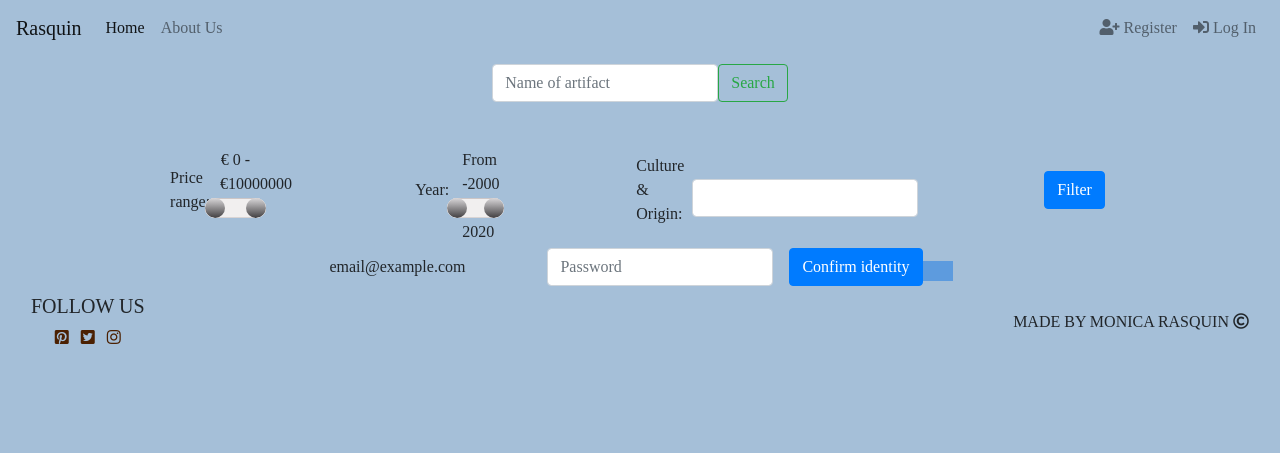
Repository: Rasquin/auction
Page: templates/base.html
The author's editor kept a record of every edit. The page is drawn from the files as they stood at one moment, then again after the next edit.
The browser window is 1280 px wide. The pictures show the whole page.
The template is drawn by Django 2.2. The application's start-up code is not run. Other server files are loaded and not shown. The template is opened directly, without the code that normally fills it, so the values that code supplies are empty.

Above is the page before.

### templates/base.html
<!DOCTYPE html>

{% load staticfiles %}

<html lang="en">

<head>
    <meta charset="UTF-8">
    <meta name="viewport" content="width=device-width, initial-scale=1.0">
    <meta http-equiv="X-UA-Compatible" content="ie=edge">

    <!-- Bootstrap compiled and minified CSS -->
    <link rel="stylesheet" href="https://stackpath.bootstrapcdn.com/bootstrap/4.3.1/css/bootstrap.min.css" integrity="sha384-ggOyR0iXCbMQv3Xipma34MD+dH/1fQ784/j6cY/iJTQUOhcWr7x9JvoRxT2MZw1T" crossorigin="anonymous">

    <!-- Font Awesome compiled and minified CSS -->
    <link rel="stylesheet" href="{% static 'font-awesome/css/all.css' %}">



    <!-- Own CSS -->
    <link rel="stylesheet" href="{% static 'css/mystyle.css' %}" type="text/css" />


    <!-- Own Scripts -->
    <script type="text/javascript" src="{% static 'js/myscript.js' %}"></script>

    <title>{% block page_title %}{% endblock %}</title>

</head>


<body>
    <!-- NavBar area -->
    <nav class="navbar navbar-expand-lg navbar-light bg-light">
        <!-- NavBar Brand-->
        <a class="navbar-brand" href="#">Rasquin</a>
        <button class="navbar-toggler" type="button" data-toggle="collapse" data-target="#navbarSupportedContent" aria-controls="navbarSupportedContent" aria-expanded="false" aria-label="Toggle navigation">
            <span class="navbar-toggler-icon"></span>
        </button>

        <div class="collapse navbar-collapse" id="navbarSupportedContent">
            <!-- NavBar Home & ABout-->
            <ul class="navbar-nav mr-auto">
                <li class="nav-item active">
                    <a class="nav-link" href="{% url 'index' %}">Home <span class="sr-only">(current)</span></a>
                </li>
                <li class="nav-item">
                    <a class="nav-link" href="{% url 'about' %}">About Us</a>
                </li>

            </ul>
            <!-- NavBar User status-->
            <ul class="navbar-nav navbar-right">
                    {% if user.is_authenticated %}
                        <li class="nav-item">
                            <a class="nav-link" href="{% url 'profile' %}"><i class="fa fa-user"></i> Profile</a>
                        </li>
                        <li class="nav-item">
                            <a class="nav-link" href="{% url 'logout' %}"><i class="fa fa-sign-out-alt"></i> Log Out</a>
                        </li>
                        <li class="nav-item">
                            <a class="nav-link" href="{% url 'view_my_biddings' %}"><i class="fas fa-gavel"></i>My Biddings </a>
                        </li>
                    {%  else %}
                        <li class="nav-item">
                            <a class="nav-link" href="{% url 'register' %}"><i class="fa fa-user-plus"></i> Register</a>
                        </li>
                        <li class="nav-item">
                            <a class="nav-link" href="{% url 'login' %}"><i class="fa fa-sign-in-alt"></i> Log In</a>
                        </li>
                    {% endif %}
                </ul>
        </div>
    </nav>

    <!-- Search & Filter area -->

    <!-- Search -->
    <nav class="navbar navbar-light bg-light justify-content-center">
        <form action="{% url 'search_by_name' %}" method="get" class="form-inline ">
            {% csrf_token %}
            <input type="text" class="form-control" id="artifact_name" name="artifact_name" required placeholder="Name of artifact">
            <button class="btn btn-outline-success  my-2 my-sm-0" type="search">Search</button>
        </form>
    </nav>


    <!-- Filters -->

    <nav class="navbar navbar-light bg-light justify-content-center">
        <form action="{% url 'filters' %}" method="get" class="form-inline">
            {% csrf_token %}
            <!-- Price Filter -->
            <div class="form-group row-flex" >
                <div class="col-12 col-md-3 col-lg-1">
                    <p><label for="amount">Price range:</label></p>
                </div>
                <div class="col-12 col-md-9 col-lg-3">
                    <section class="range-slider-price range-slider">
                        <span class="rangePriceValues rangeValues"></span>
                        <input value="0" min="0" max="10000000" step="2000" type="range" name="min_price">
                        <input value="10000000" min="0" max="10000000" step="2000" type="range" name="max_price">
                    </section>
                </div>
            </div>
            <!-- Year Filter -->
            <div class="form-group row-flex" >
                <div class="col-12 col-md-3 col-lg-1">
                    <p><label for="amount">Year:</label></p>
                </div>
                <div class="col-12 col-md-9 col-lg-3">
                    <section class="range-slider-year range-slider">

                        <span class="rangeYearValues"></span>
                        <input value="-2000" min="-2000" max="2020" step="20" type="range" name="min_year">
                        <input value="2020" min="-2000" max="2020" step="20" type="range" name="max_year">
                    </section>
                </div>
            </div>
            <!-- Origin Filter -->
            <div class="form-group row-flex" >
                <div class="col-12 col-md-3 col-lg-1">
                    <p><label for="origin">Culture & Origin:</label></p>
                </div>
                <div class="col-12 col-md-9 col-lg-3">
                    <input type="text" class="form-control" id="artifact_origin" name="artifact_origin">
                </div>
            </div>
            <!-- Filter Button -->
            <div class="form-group row-flex">
                <div class="row">
                    <div class="col-12 col-lg-1">
                        <p class="text-center">
                            <button class="btn btn-primary" type="search">Filter</button>
                        </p>
                    </div>
                </div>
            </div>

        </form>

        <form class="form-inline">
            <div class="form-group mb-2">
                <label for="staticEmail2" class="sr-only">Email</label>
                <input type="text" readonly class="form-control-plaintext" id="staticEmail2" value="email@example.com">
            </div>
            <div class="form-group mx-sm-3 mb-2">
                <label for="inputPassword2" class="sr-only">Password</label>
                <input type="password" class="form-control" id="inputPassword2" placeholder="Password">
            </div>
            <button type="submit" class="btn btn-primary mb-2">Confirm identity</button>
        </form>


    {% block filter %}{% endblock %}

    <!-- Messages area -->
{% if messages %}
<div class="alert alert-success">
        <div class="messages">
            {% for message in messages %}
                {{ message }}
            {% endfor %}
        </div>
    </div>
{% endif %}

    <!-- Content area -->
    <div class="container-general">

        <!-- Block content area -->
        <div class="container-fluid">
            {% block content %} {% endblock %}
        </div>

    </div>

    <!-- Footer area -->
    <footer class="container-fluid">


        <!-- SOCIAL MEDIA-->
        <div class="row ">
            <div class="col-12 text-center">
                <h5 class="text-uppercase">Follow Us</h5>
                <ul class="list-inline social-links">
                    <li class="list-inline-item"><a href="#"><i class="fab fa-pinterest-square"  aria-hidden="true"></i></a></li>
                    <li class="list-inline-item"><a href="#"><i class="fab fa-twitter-square" aria-hidden="true"></i></a></li>
                    <li class="list-inline-item"><a href="#"><i class="fab fa-instagram" aria-hidden="true"></i></a></li>
                </ul>
            </div>
        </div>

        <!--COPYRIGHT-->
        <div class="row ">
            <div class="col-12">

                <p class="text-center text-uppercase">Made by Monica Rasquin <i class="far fa-copyright"></i> </p>
            </div>
        </div>
    </footer>


    <!-- Bootstrap compiled and minified JavaScript -->
    <script src="https://code.jquery.com/jquery-3.3.1.slim.min.js" integrity="sha384-q8i/X+965DzO0rT7abK41JStQIAqVgRVzpbzo5smXKp4YfRvH+8abtTE1Pi6jizo" crossorigin="anonymous"></script>
    <script src="https://cdnjs.cloudflare.com/ajax/libs/popper.js/1.14.7/umd/popper.min.js" integrity="sha384-UO2eT0CpHqdSJQ6hJty5KVphtPhzWj9WO1clHTMGa3JDZwrnQq4sF86dIHNDz0W1" crossorigin="anonymous"></script>
    <script src="https://stackpath.bootstrapcdn.com/bootstrap/4.3.1/js/bootstrap.min.js" integrity="sha384-JjSmVgyd0p3pXB1rRibZUAYoIIy6OrQ6VrjIEaFf/nJGzIxFDsf4x0xIM+B07jRM" crossorigin="anonymous"></script>
    {% block head_js %} {% endblock %}

</body>
</html>

### static/js/myscript.js
//--------------------------------------Slider for Prices filter
function getPriceVals() {
    // Get slider price values
    var parent = this.parentNode;
    var slides = parent.getElementsByTagName("input");
    var slide1 = parseFloat(slides[0].value);
    var slide2 = parseFloat(slides[1].value);
    // Neither slider will clip the other, so make sure we determine which is larger
    if (slide1 > slide2) { var tmp = slide2;
        slide2 = slide1;
        slide1 = tmp; }

    var displayElement = parent.getElementsByClassName("rangePriceValues")[0];
    displayElement.innerHTML = "€ " + slide1 + " - €" + slide2;
}

//--------------------------------------Slider for Year filter
function getYearVals() {
    // Get Year slider values
    var parent = this.parentNode;
    var slides = parent.getElementsByTagName("input");
    var slide1 = parseFloat(slides[0].value);
    var slide2 = parseFloat(slides[1].value);
    // Neither slider will clip the other, so make sure we determine which is larger
    if (slide1 > slide2) { var tmp = slide2;
        slide2 = slide1;
        slide1 = tmp; }

    var displayElement = parent.getElementsByClassName("rangeYearValues")[0];
    displayElement.innerHTML = "From " + slide1 + " To " + slide2;
}

//----------------------------------------------- Initialize Sliders
window.onload = function() {
    // For Price
    var sliderSectionsPrice = document.getElementsByClassName("range-slider-price");
    for (var x = 0; x < sliderSectionsPrice.length; x++) {
        var slidersPrice = sliderSectionsPrice[x].getElementsByTagName("input");
        for (var y = 0; y < slidersPrice.length; y++) {
            if (slidersPrice[y].type === "range") {
                slidersPrice[y].oninput = getPriceVals;
                // Manually trigger event first time to display values
                slidersPrice[y].oninput();
            }
        }
    }
    // For Year
    var sliderSectionsYear = document.getElementsByClassName("range-slider-year");
    for (var x = 0; x < sliderSectionsYear.length; x++) {
        var slidersYear = sliderSectionsYear[x].getElementsByTagName("input");
        for (var y = 0; y < slidersYear.length; y++) {
            if (slidersYear[y].type === "range") {
                slidersYear[y].oninput = getYearVals;
                // Manually trigger event first time to display values
                slidersYear[y].oninput();
            }
        }
    }
}

Loaded but not shown: static/font-awesome/css/all.css (library); static/css/mystyle.css (common file)

After the next edit:
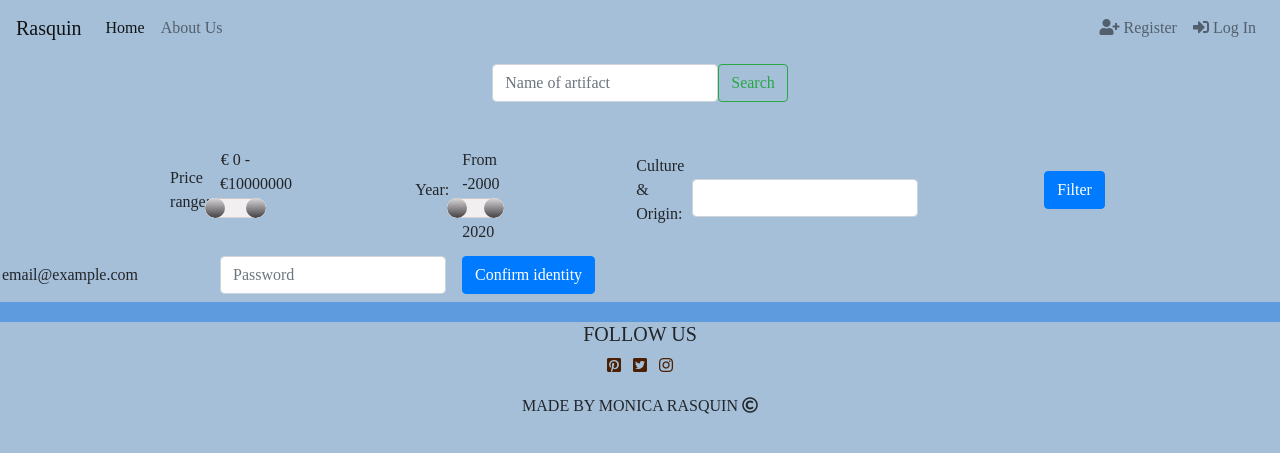
The edit:
--- a/templates/base.html
+++ b/templates/base.html
@@ -138,6 +138,7 @@
             </div>
 
         </form>
+    </nav>
 
         <form class="form-inline">
             <div class="form-group mb-2">
